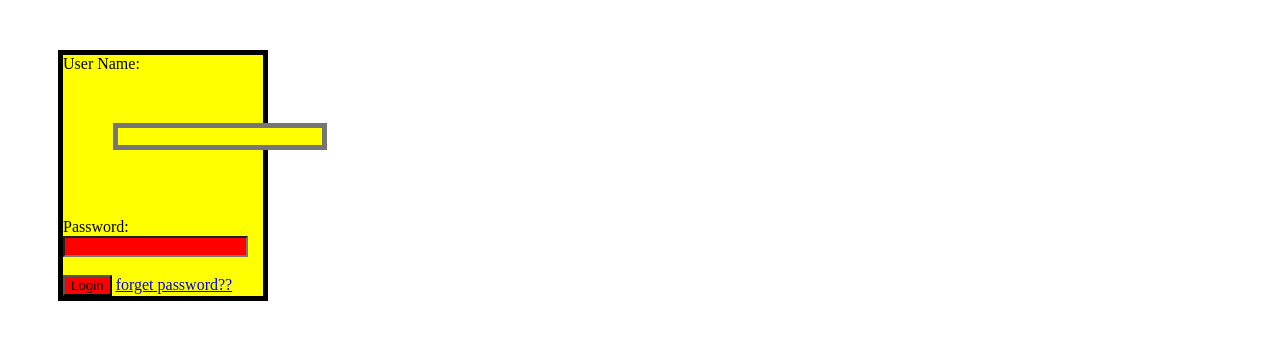
Repository: AmritOjha01/sms
Page: http://localhost/StudentManagementSystem/UserController?action=listUser
The author's editor kept a copy of each file at every save. The page is drawn from the files as they stood at one save, then again after the next save.
The browser window is 1280 px wide. The pictures show the whole page.
The page is served by Tomcat 9.

Above is the page before, as saved 2017-03-27 11:16:36.

After the next save:
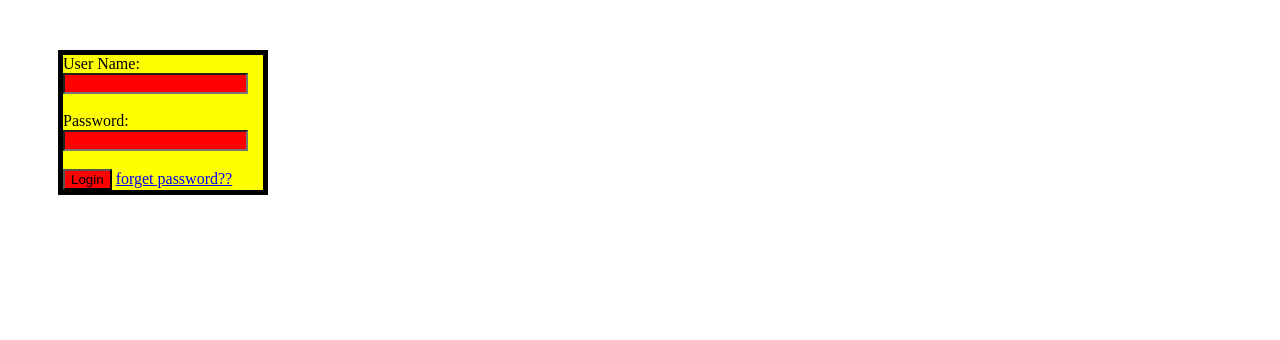
Saved 16 s later.
--- a/StudentManagementSystem/WebContent/login.jsp
+++ b/StudentManagementSystem/WebContent/login.jsp
@@ -21,7 +21,7 @@ input {
 </head>
 <body>
 	<form action="LoginController" method="post" id="f">
-		User Name: <input type="text" name="uName" id="f"><br> <br>
+		User Name: <input type="text" name="uName"><br> <br>
 		Password: <input type="password" name="pass"><br> <br>
 		<input type="submit" value="Login"> <a
 			href="LoginController?action=getpassword">forget password??</a>
